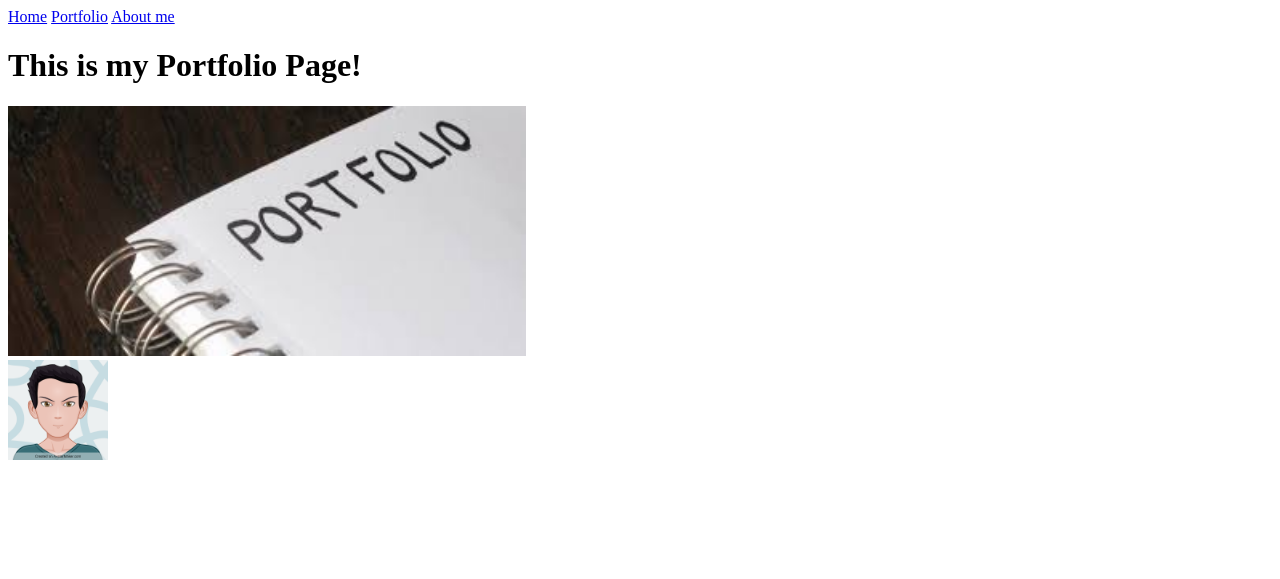
Repository: mdiaz2319/mdiaz2319.github.io
Page: my_website/portfolio.html
The author's editor kept a record of every edit. The page is drawn from the files as they stood at one moment, then again after the next edit.
The browser window is 1280 px wide. The pictures show the whole page.

Above is the page before.

After the next edit:
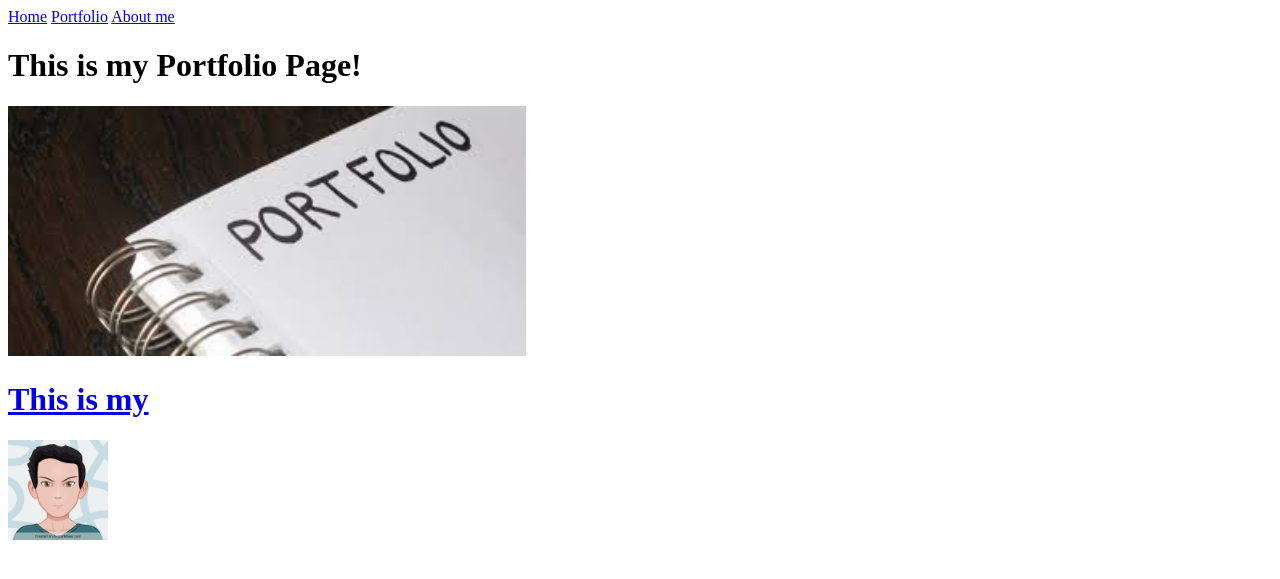
The edit:
--- a/my_website/portfolio.html
+++ b/my_website/portfolio.html
@@ -12,6 +12,7 @@
     <img src="images/portfolio.jpg" height="250">
     <br>
     <a target="_blank" href="https://scratch.mit.edu">
+         <h1>This is my </h1>
       <img src="images/gravatar.png" height="100">
     </a>
 	  </body>
